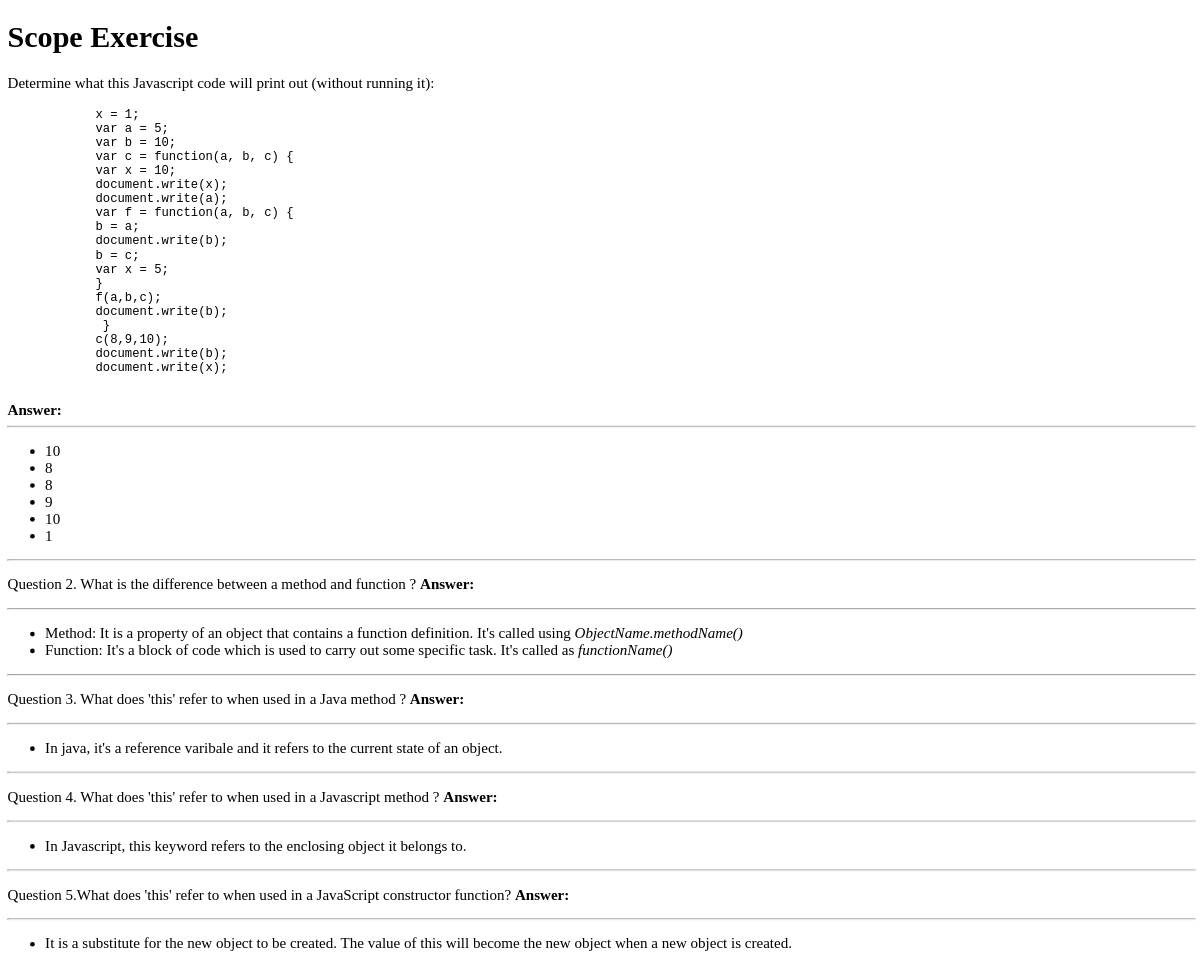
Repository: bethelbahiru/WAP
Page: Homework3/scope.html
These files come from the project's save history. The page is drawn as it stood at one moment and after the next save; the edit follows.
The browser window is 1280 px wide. The pictures show the whole page, at 94% of full size.

Above is the page before, as saved 2022-01-18 16:31:53.

After the next save:
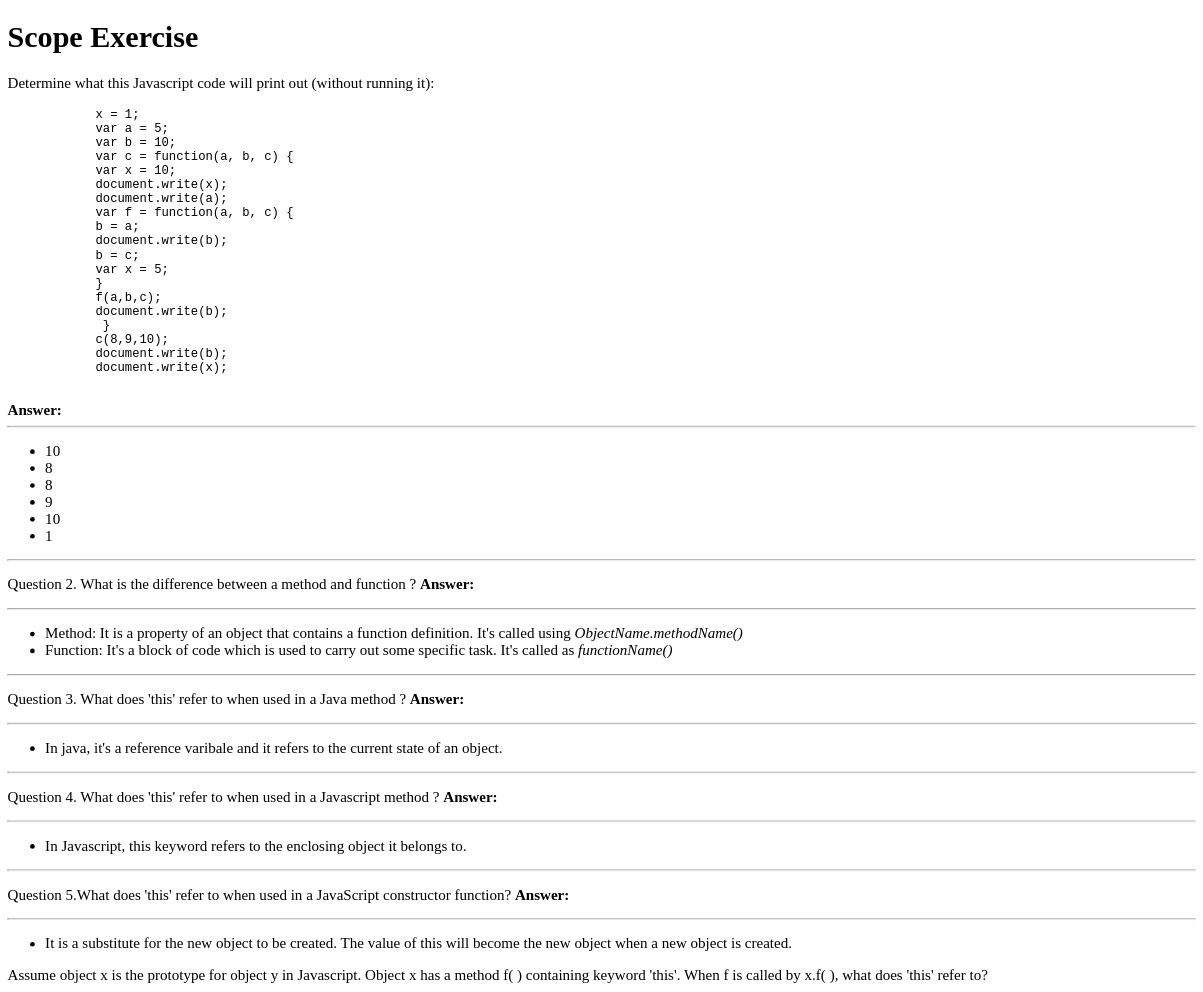
Saved 3 min 37 s later.
--- a/Homework3/scope.html
+++ b/Homework3/scope.html
@@ -79,6 +79,8 @@
 
 
 
+    Assume object x is the prototype for object y in Javascript. Object x has a method f( ) containing keyword 'this'.
+    When f is called by x.f( ), what does 'this' refer to?
 
 
 
